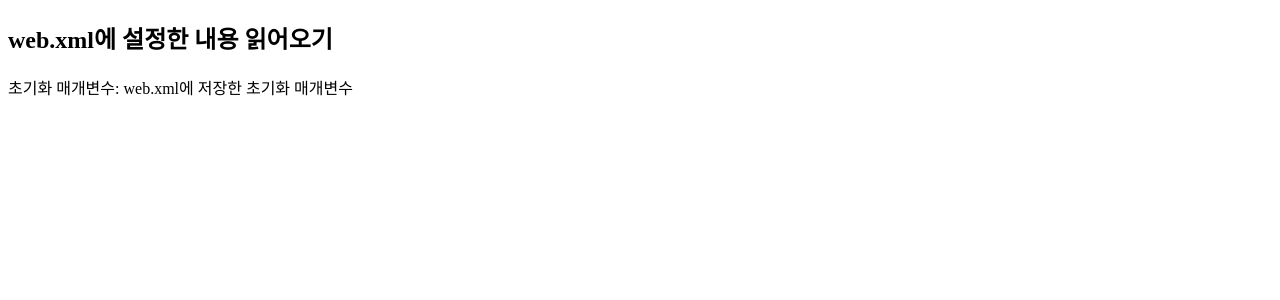
Repository: Motibidu/JSP_Servlet
Page: http://localhost/MushHaveJsp/02ImplicitObject/ApplicationMain.jsp
These files come from the project's save history. The page is drawn as it stood at one moment and after the next save; the edit follows.
The browser window is 1280 px wide. The pictures show the whole page.
The page is served by Tomcat 10.

Above is the page before, as saved 2025-05-07 01:07:04.

After the next save:
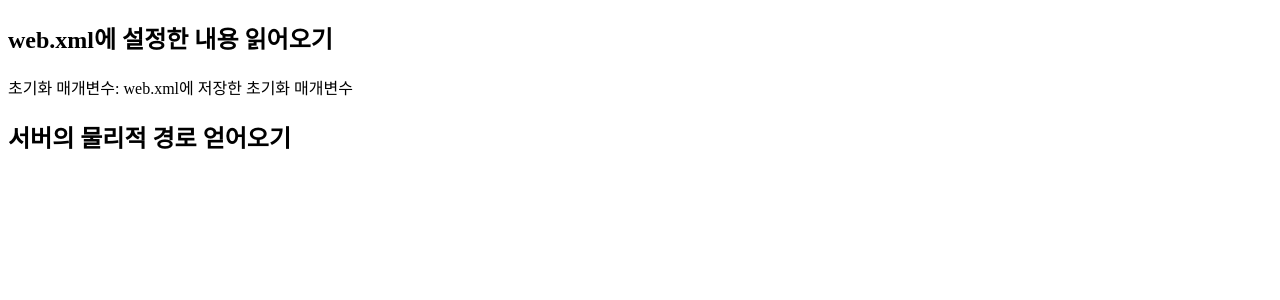
Saved 8 s later.
--- a/MushHaveJsp/src/main/webapp/02ImplicitObject/ApplicationMain.jsp
+++ b/MushHaveJsp/src/main/webapp/02ImplicitObject/ApplicationMain.jsp
@@ -9,5 +9,8 @@
 <body>
 	<h2>web.xml에 설정한 내용 읽어오기</h2>
 	초기화 매개변수: <%= application.getInitParameter("INIT_PARAM") %>
+
+	<h2>서버의 물리적 경로 얻어오기</h2>
+
 </body>
 </html>
